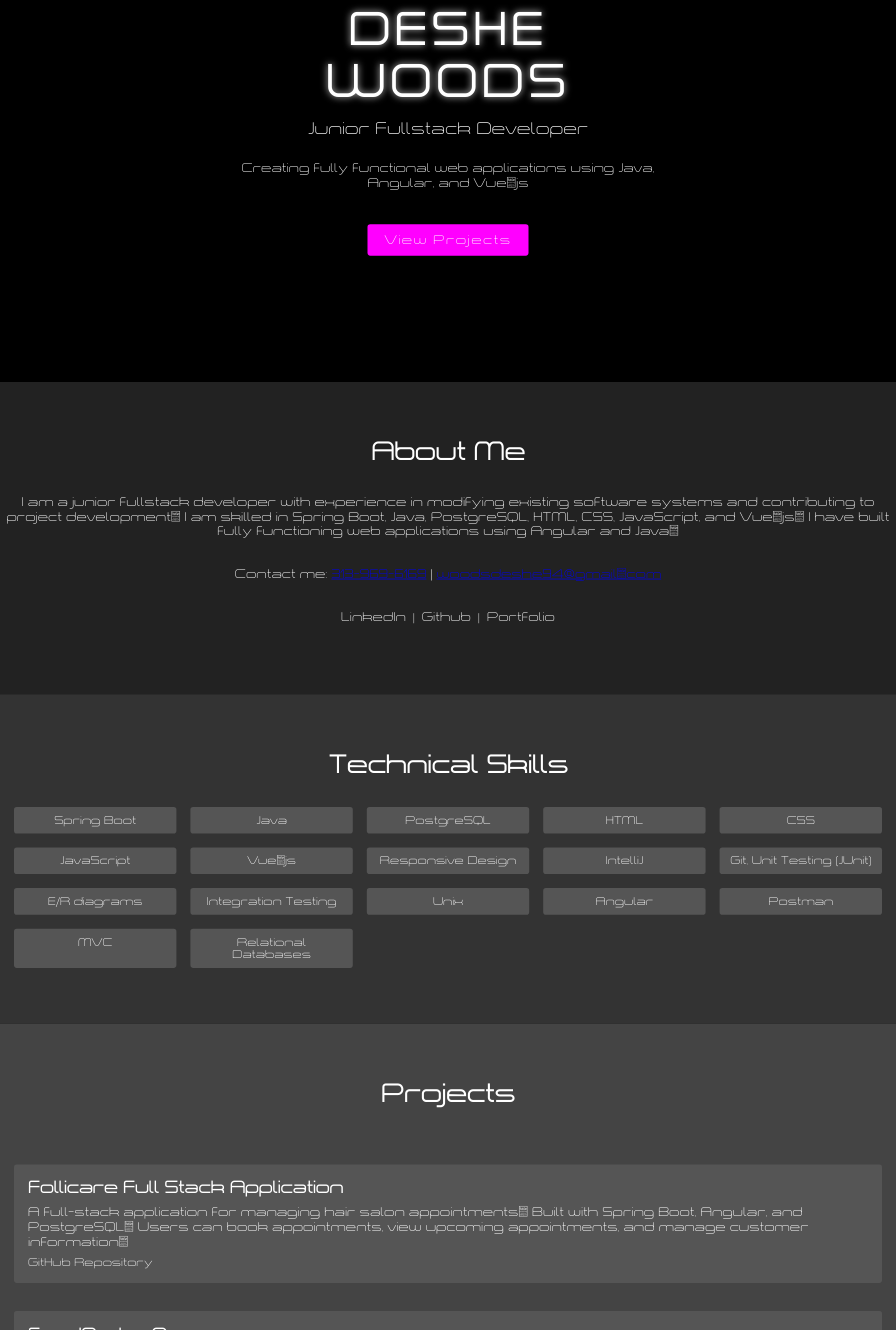
Repository: woodsdeshe/portfolio
Page: index.html
An editor plug-in stored every save of this project. The page is shown before and after a run of saves, followed by the edit.
The browser window is 1280 px wide. The pictures show the part of the page from y = 234 to 2134 px (the page is 3545 px tall before and 3485 px after), at 70% of full size.
A picture or video elsewhere on the page could not be fetched, so the positions and the page height are approximate.

Above is the page before, as saved 2023-06-10 17:21:10.

After the next 2 saves:
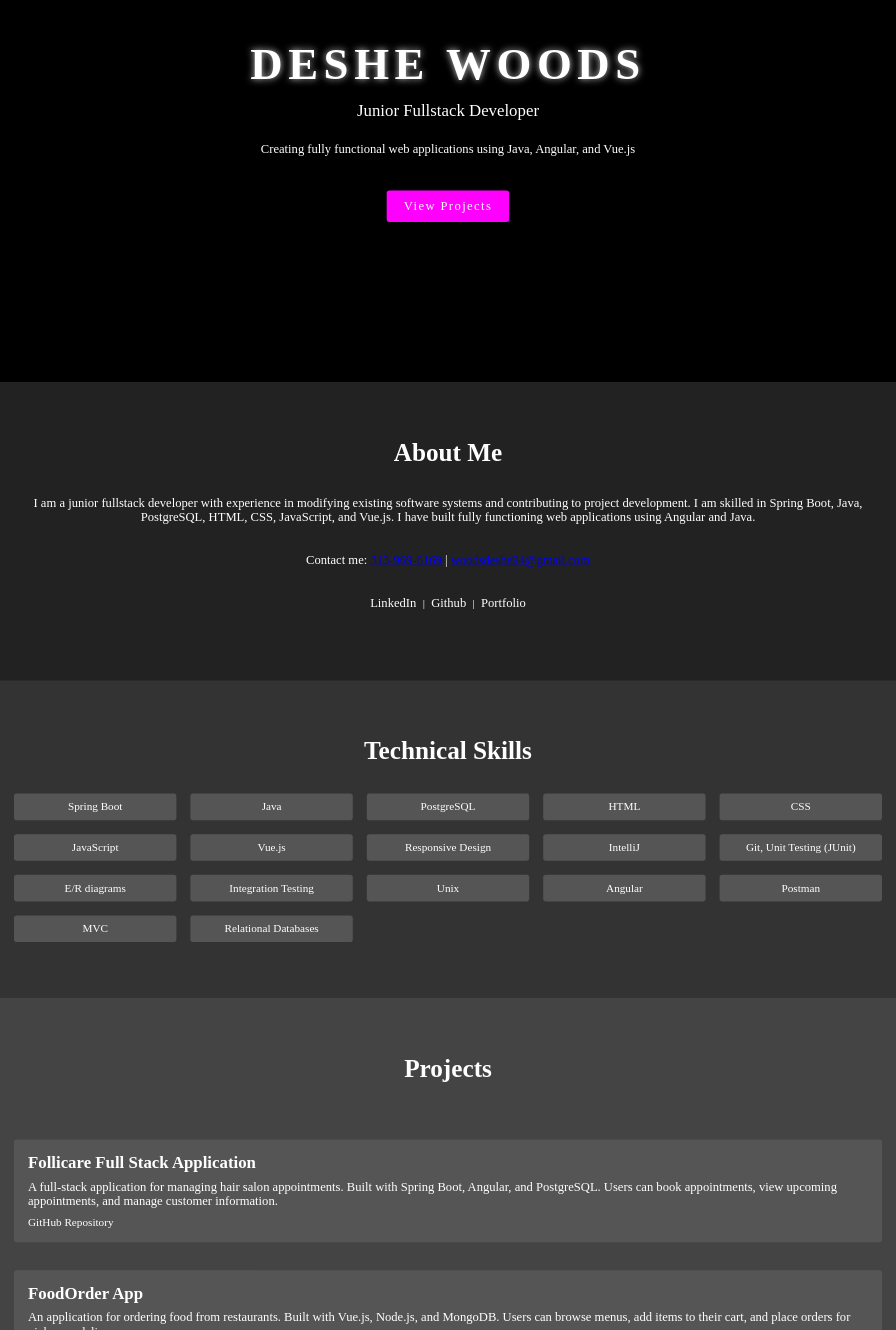
The 2 saves are shown as one change because they came seconds apart.
The last was saved 9 s later.
--- a/style.css
+++ b/style.css
@@ -14,7 +14,7 @@
   }
 
   body {
-    font-family: 'Aspace', Arial, sans-serif;
+
     background-color: #000;
     color: #fff;
   }
